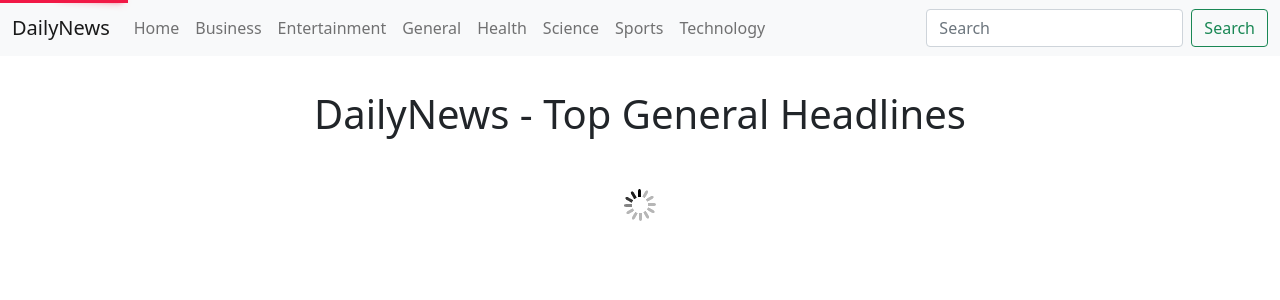
Repository: Bikki084/Daily_News
Page: /
An editor plug-in stored every save of this project. The page is shown before and after the next save, followed by the edit.
The browser window is 1280 px wide. The pictures show the whole page.
The page's requests for data from a server got no answer. The project was rebuilt for these pictures with package versions that can differ from the ones it lists, and the page was loaded fresh each time. No one was signed in, and anything a server would have sent is missing. Also part of the build but not shown: src/App.css, src/components/NewsItem.js.

Above is the page before, as saved 2021-12-21 23:18:17.

### public/index.html
<!DOCTYPE html>
<html lang="en">
  <head>
    <meta charset="utf-8" />
    <link rel="icon" href="%PUBLIC_URL%/favicon.ico" />
    <meta name="viewport" content="width=device-width, initial-scale=1" />
    <meta name="theme-color" content="#000000" />
    <meta
      name="description"
      content="DailyNews is a news app which can be used to grab quick daily news bites. If you are interested in news, weather, politics and sports news, newsmonkey is for you!"
    />
    <link rel="apple-touch-icon" href="%PUBLIC_URL%/logo192.png" />
    <!--
      manifest.json provides metadata used when your web app is installed on a
      user's mobile device or desktop. See https://developers.google.com/web/fundamentals/web-app-manifest/
    -->
    <link rel="manifest" href="%PUBLIC_URL%/manifest.json" />
    <link href="https://cdn.jsdelivr.net/npm/bootstrap@5.1.0/dist/css/bootstrap.min.css" rel="stylesheet" integrity="sha384-KyZXEAg3QhqLMpG8r+8fhAXLRk2vvoC2f3B09zVXn8CA5QIVfZOJ3BCsw2P0p/We" crossorigin="anonymous">
    <!--
      Notice the use of %PUBLIC_URL% in the tags above.
      It will be replaced with the URL of the `public` folder during the build.
      Only files inside the `public` folder can be referenced from the HTML.

      Unlike "/favicon.ico" or "favicon.ico", "%PUBLIC_URL%/favicon.ico" will
      work correctly both with client-side routing and a non-root public URL.
      Learn how to configure a non-root public URL by running `npm run build`.
    -->
    <title>DailyNews - Get your daily dose of news for free!</title>
  </head>
  <body>
    <noscript>You need to enable JavaScript to run this app.</noscript>
    <div id="root"></div>
    <!--
      This HTML file is a template.
      If you open it directly in the browser, you will see an empty page.

      You can add webfonts, meta tags, or analytics to this file.
      The build step will place the bundled scripts into the <body> tag.

      To begin the development, run `npm start` or `yarn start`.
      To create a production bundle, use `npm run build` or `yarn build`.
    -->
    <script src="https://cdn.jsdelivr.net/npm/@popperjs/core@2.9.3/dist/umd/popper.min.js" integrity="sha384-eMNCOe7tC1doHpGoWe/6oMVemdAVTMs2xqW4mwXrXsW0L84Iytr2wi5v2QjrP/xp" crossorigin="anonymous"></script>
    <script src="https://cdn.jsdelivr.net/npm/bootstrap@5.1.0/dist/js/bootstrap.min.js" integrity="sha384-cn7l7gDp0eyniUwwAZgrzD06kc/tftFf19TOAs2zVinnD/C7E91j9yyk5//jjpt/" crossorigin="anonymous"></script>
  </body>
</html>

### src/App.js
import './App.css';

import React, { useState } from 'react'
import NavBar from './components/NavBar';
import News from './components/News';
import {BrowserRouter as Router, Switch, Route} from "react-router-dom";
import LoadingBar from 'react-top-loading-bar'

const App = ()=> {
  const pageSize = 5;
  const apiKey = process.env.REACT_APP_NEWS_API
  // const apiKey = "fe00171e9be447c891c180edc15dc131"
  const [progress, setProgress] = useState(0)

    return (
      <div>
        <Router>
        <NavBar/>
        <LoadingBar
        height={3}
        color='#f11946'
        progress={progress}
      />
        <Switch>
          <Route exact path="/"><News setProgress={setProgress} apiKey={apiKey} key="general" pageSize={pageSize} country="in" category="general"/></Route>
          <Route exact path="/business"><News setProgress={setProgress} apiKey={apiKey} key="business" pageSize={pageSize} country="in" category="business"/></Route>
          <Route exact path="/entertainment"><News setProgress={setProgress} apiKey={apiKey} key="entertainment" pageSize={pageSize} country="in" category="entertainment"/></Route>
          <Route exact path="/general"><News setProgress={setProgress} apiKey={apiKey} key="general" pageSize={pageSize} country="in" category="general"/></Route>
          <Route exact path="/health"><News setProgress={setProgress} apiKey={apiKey} key="health" pageSize={pageSize} country="in" category="health"/></Route>
          <Route exact path="/science"><News setProgress={setProgress} apiKey={apiKey} key="science" pageSize={pageSize} country="in" category="science"/></Route>
          <Route exact path="/sports"><News setProgress={setProgress} apiKey={apiKey} key="sports" pageSize={pageSize} country="in" category="sports"/></Route>
          <Route exact path="/technology"><News setProgress={setProgress} apiKey={apiKey} key="technology" pageSize={pageSize} country="in" category="technology"/></Route>
        </Switch>
        </Router>
      </div>
    )

}

export default App;

### src/components/NavBar.js
import React from 'react'
import { Link } from "react-router-dom";

const NavBar = () => {

    return (
        <div>
            <nav className="navbar fixed-top navbar-expand-lg navbar-light bg-light">
                <div className="container-fluid">
                    <Link className="navbar-brand" to="/">DailyNews</Link>
                    <button className="navbar-toggler" type="button" data-bs-toggle="collapse" data-bs-target="#navbarSupportedContent" aria-controls="navbarSupportedContent" aria-expanded="false" aria-label="Toggle navigation">
                        <span className="navbar-toggler-icon"></span>
                    </button>
                    <div className="collapse navbar-collapse" id="navbarSupportedContent">
                        <ul className="navbar-nav me-auto mb-2 mb-lg-0">
                            <li className="nav-item">
                                <Link className="nav-link" aria-current="page" to="/">Home</Link>
                            </li>
                            <li className="nav-item"><Link className="nav-link" to="/business">Business</Link></li>
                            <li className="nav-item"><Link className="nav-link" to="/entertainment">Entertainment</Link></li>
                            <li className="nav-item"><Link className="nav-link" to="/general">General</Link></li>
                            <li className="nav-item"><Link className="nav-link" to="/health">Health</Link></li>
                            <li className="nav-item"><Link className="nav-link" to="/science">Science</Link></li>
                            <li className="nav-item"><Link className="nav-link" to="/sports">Sports</Link></li>
                            <li className="nav-item"><Link className="nav-link" to="/technology">Technology</Link></li>
                        </ul>
                        <form class="d-flex mx-">
                            <input class="form-control me-2" type="search" placeholder="Search" aria-label="Search"/>
                                <button class="btn btn-outline-success" type="submit">Search</button>
                        </form>
                    </div>
                </div>
            </nav>
        </div>
    )

}

export default NavBar

### src/components/News.js
import React, {useEffect, useState} from 'react'

import NewsItem from './NewsItem'
import Spinner from './Spinner';
import PropTypes from 'prop-types'
import InfiniteScroll from "react-infinite-scroll-component";

const News = (props)=>{
    const [articles, setArticles] = useState([])
    const [loading, setLoading] = useState(true)
    const [page, setPage] = useState(1)
    const [totalResults, setTotalResults] = useState(0)

    const capitalizeFirstLetter = (string) => {
        return string.charAt(0).toUpperCase() + string.slice(1);
    }

    const updateNews = async ()=> {
        props.setProgress(10);
        const url = `https://newsapi.org/v2/top-headlines?country=${props.country}&category=${props.category}&apiKey=${props.apiKey}&page=${page}&pageSize=${props.pageSize}`;
        setLoading(true)
        let data = await fetch(url);
        props.setProgress(30);
        let parsedData = await data.json()
        props.setProgress(70);
        setArticles(parsedData.articles)
        setTotalResults(parsedData.totalResults)
        setLoading(false)
        props.setProgress(100);
    }

    useEffect(() => {
        document.title = `${capitalizeFirstLetter(props.category)} - DailyNews`;
        updateNews();
        // eslint-disable-next-line
    }, [])


    const fetchMoreData = async () => {
        const url = `https://newsapi.org/v2/top-headlines?country=${props.country}&category=${props.category}&apiKey=${props.apiKey}&page=${page+1}&pageSize=${props.pageSize}`;
        setPage(page+1)
        let data = await fetch(url);
        let parsedData = await data.json()
        setArticles(articles.concat(parsedData.articles))
        setTotalResults(parsedData.totalResults)
      };

        return (
            <>
                <h1 className="text-center" style={{ margin: '35px 0px', marginTop: '90px' }}>DailyNews - Top {capitalizeFirstLetter(props.category)} Headlines</h1>
                {loading && <Spinner />}
                <InfiniteScroll
                    dataLength={articles.length}
                    next={fetchMoreData}
                    hasMore={articles.length !== totalResults}
                    loader={<Spinner/>}>
                    <div className="container">

                    <div className="row">
                        {articles.map((element) => {
                            return <div className="col-md-4" key={element.url}>
                                <NewsItem title={element.title ? element.title : ""} description={element.description ? element.description : ""} imageUrl={element.urlToImage} newsUrl={element.url} author={element.author} date={element.publishedAt} source={element.source.name} />
                            </div>
                        })}
                    </div>
                    </div>
                </InfiniteScroll>
            </>
        )

}


News.defaultProps = {
    country: 'in',
    pageSize: 8,
    category: 'general',
}

News.propTypes = {
    country: PropTypes.string,
    pageSize: PropTypes.number,
    category: PropTypes.string,
}

export default News

Loaded but not shown: src/index.js (common file); src/reportWebVitals.js (common file); src/components/Spinner.js (common file); src/index.css (no stored copy; drawn as an empty file)

After the next save:
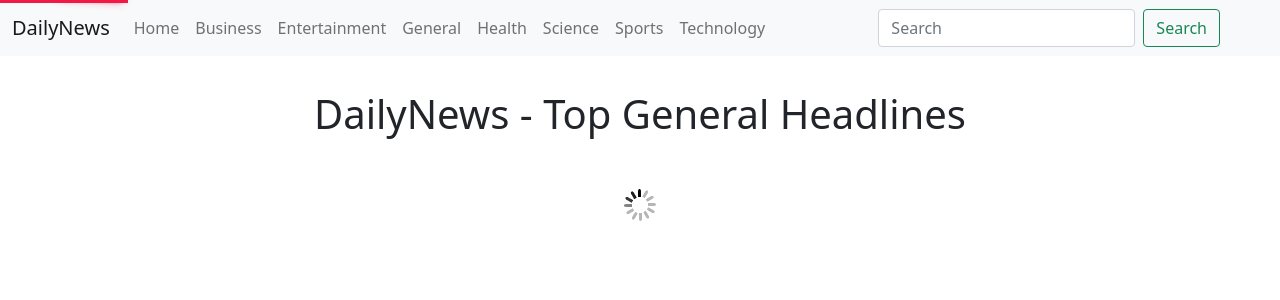
Saved 1 s later.
--- a/src/components/NavBar.js
+++ b/src/components/NavBar.js
@@ -24,7 +24,7 @@ const NavBar = () => {
                             <li className="nav-item"><Link className="nav-link" to="/sports">Sports</Link></li>
                             <li className="nav-item"><Link className="nav-link" to="/technology">Technology</Link></li>
                         </ul>
-                        <form class="d-flex mx-">
+                        <form class="d-flex mx-5">
                             <input class="form-control me-2" type="search" placeholder="Search" aria-label="Search"/>
                                 <button class="btn btn-outline-success" type="submit">Search</button>
                         </form>
